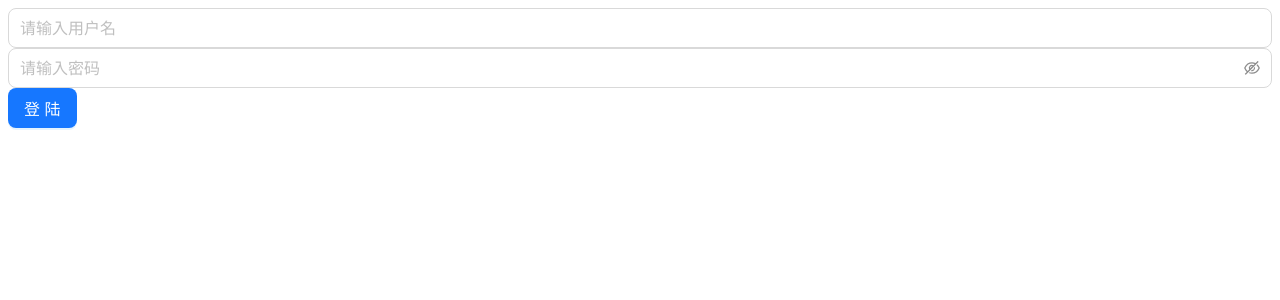
Repository: wujieli0207/tiny-flash-card
Page: /#/login
The author's editor kept a copy of each file at every save. The page is drawn from the files as they stood at one save, then again after the next save.
The browser window is 1280 px wide. The pictures show the whole page.
The project was rebuilt for these pictures with package versions that can differ from the ones it lists, and the page was loaded fresh each time. Also part of the build but not shown: vite.config.ts.

Above is the page before, as saved 2023-06-11 18:13:44.

After the next save:
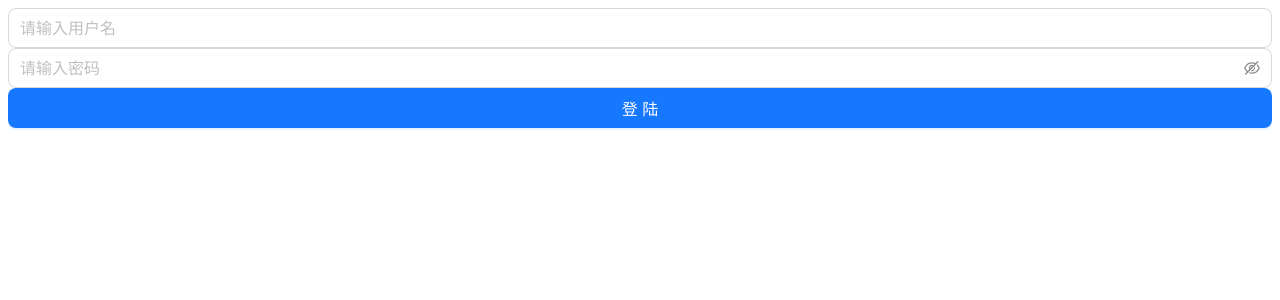
Saved 25 s later.
--- a/src/client/pages/login.tsx
+++ b/src/client/pages/login.tsx
@@ -57,7 +57,7 @@ const Login = () => {
             }
           }}
         />
-        <Button type="primary" size="large">
+        <Button type="primary" size="large" block onClick={onSubmit}>
           {' '}
           登 陆
         </Button>
